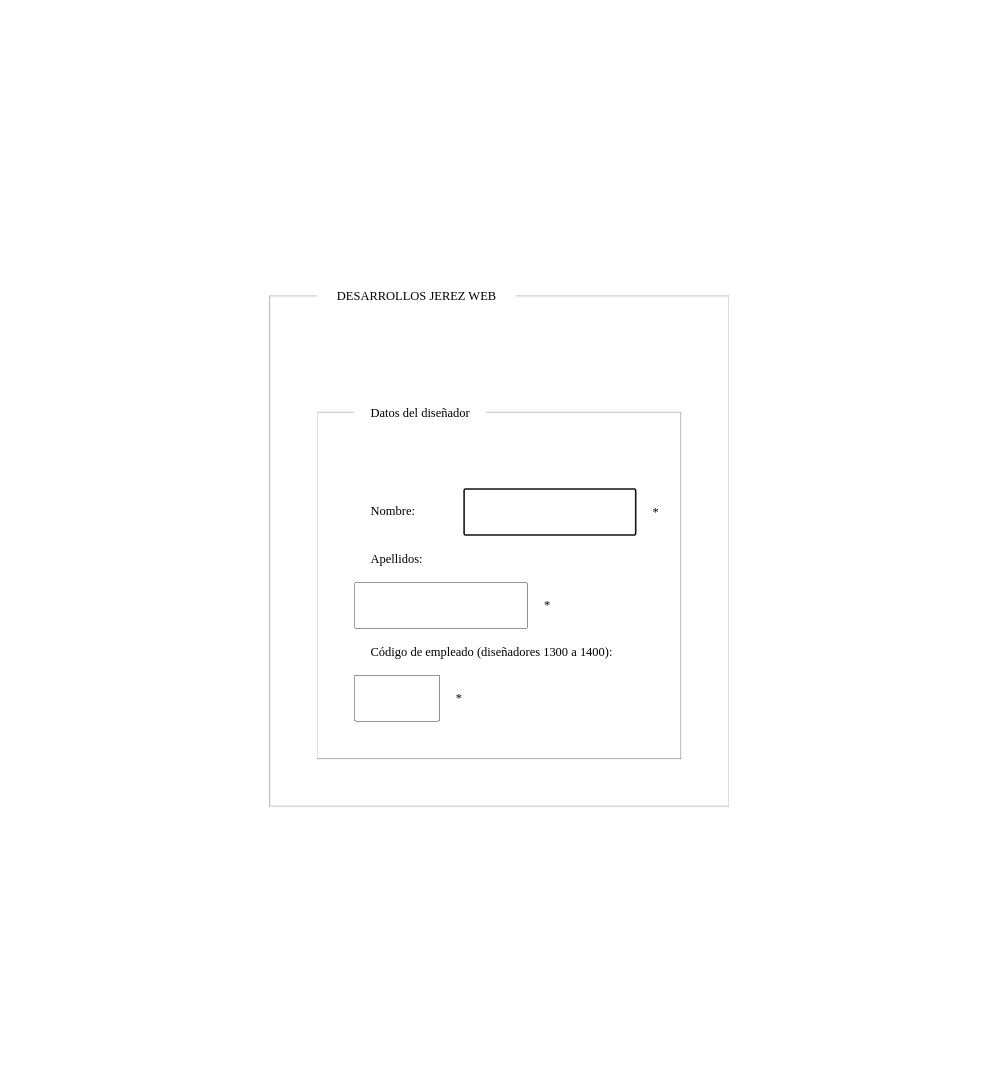
Repository: iSaan86/EV_Practica_FormularioCSS
Page: index.html
An editor plug-in stored every save of this project. The page is shown before and after the next save, followed by the edit.
The browser window is 1280 px wide. The pictures show the whole page, at 78% of full size.

Above is the page before, as saved 2024-01-11 16:36:41.

### index.html
<!DOCTYPE html>
<html lang="es-ES">

<head>
    <meta charset="UTF-8">
    <meta name="viewport" content="width=device-width, initial-scale=1.0">
    <meta name="keywords" content="formulario, html, css, practica">
    <meta name="description" content="Formularios">
    <meta name="author" content="Alexandra Ferrera Arenas">
    <link rel="icon" type="image/x-icon" href="img/logo-giro.png">
    <link rel="stylesheet" href="css/estilo.css">
    <title> PRACTICA DE FORMULARIOS </title>
</head>

<body>
    <!-- ABRO FORMULARIO -->
    <form method="get" action="" name="formulario1" id="formulario1">
        <!--AGRUPACION GENERAL-->
        <fieldset>
            <legend class="datos">DESARROLLOS JEREZ WEB</legend>
            <fieldset><legend class="datos">Datos del diseñador</legend>
                <label for="nombre">Nombre:</label><input type="text" id="nombre" name="nombre" alt="indique su nombre"  autofocus required minlength="2" maxlength="50">*<br>
                <label for="apellidos">Apellidos:</label><input type="text" id="apellidos" name="apellidos" alt="indique sus apellidos" required minlength="2" maxlength="50">*<br>
                <label for="codigo">Código de empleado (diseñadores 1300 a 1400):</label><input type="number" id="codigo" name="codigo" alt="indique su código de empleado" required min="1300" max="1400">*<br>

            </fieldset>














        </fieldset>
    </form>




</body>





</html>

### css/estilo.css
@charset "UTF-8";
/* Para todo el html */
*{
    padding: 5%;
    margin:5%;
}

After the next save:
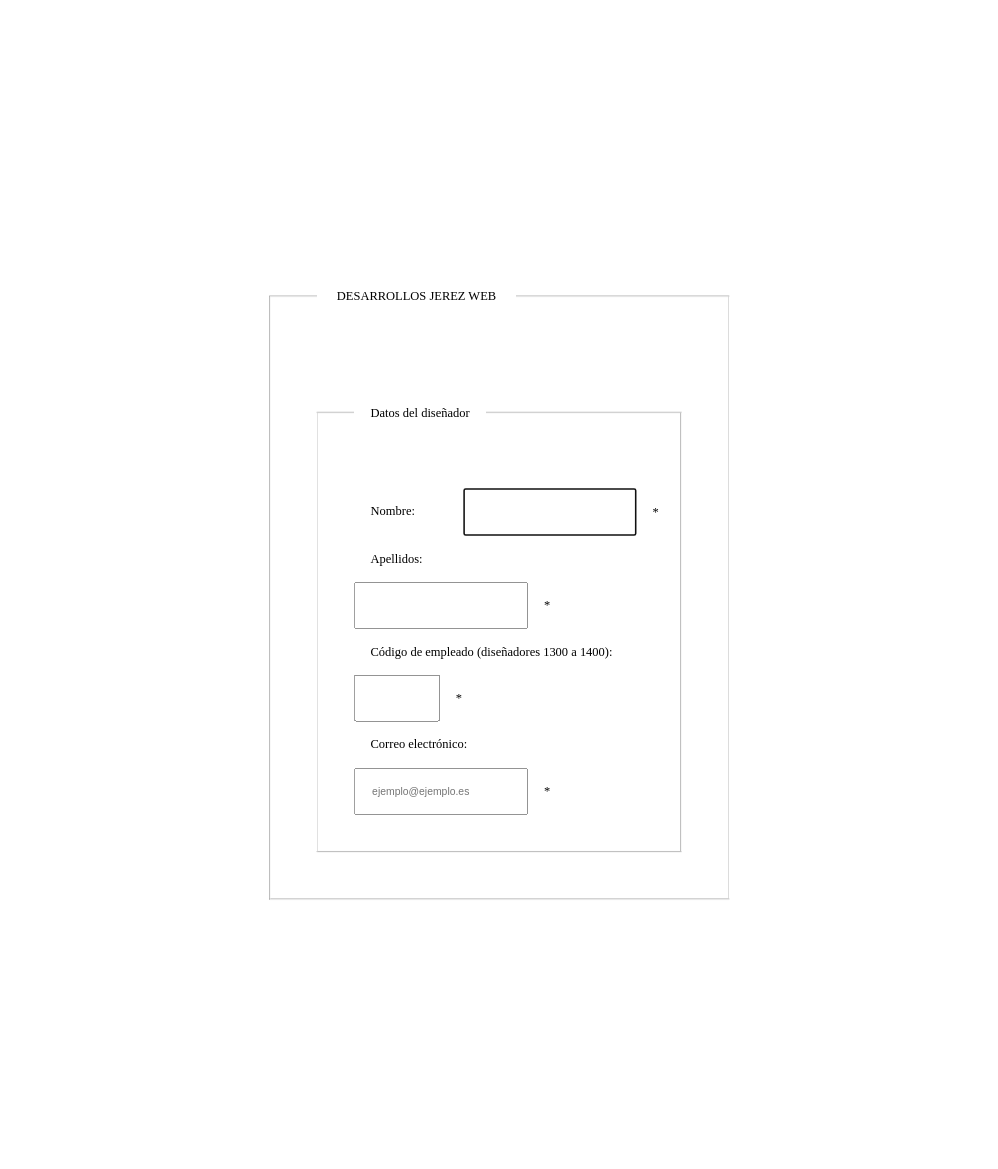
Saved 2 min 4 s later.
--- a/index.html
+++ b/index.html
@@ -22,7 +22,7 @@
                 <label for="nombre">Nombre:</label><input type="text" id="nombre" name="nombre" alt="indique su nombre"  autofocus required minlength="2" maxlength="50">*<br>
                 <label for="apellidos">Apellidos:</label><input type="text" id="apellidos" name="apellidos" alt="indique sus apellidos" required minlength="2" maxlength="50">*<br>
                 <label for="codigo">Código de empleado (diseñadores 1300 a 1400):</label><input type="number" id="codigo" name="codigo" alt="indique su código de empleado" required min="1300" max="1400">*<br>
-
+                <label for="email">Correo electrónico:</label><input type="email" id="email" name="email" alt="indique su email" placeholder="ejemplo@ejemplo.es" required>*<br>
             </fieldset>
 
 
